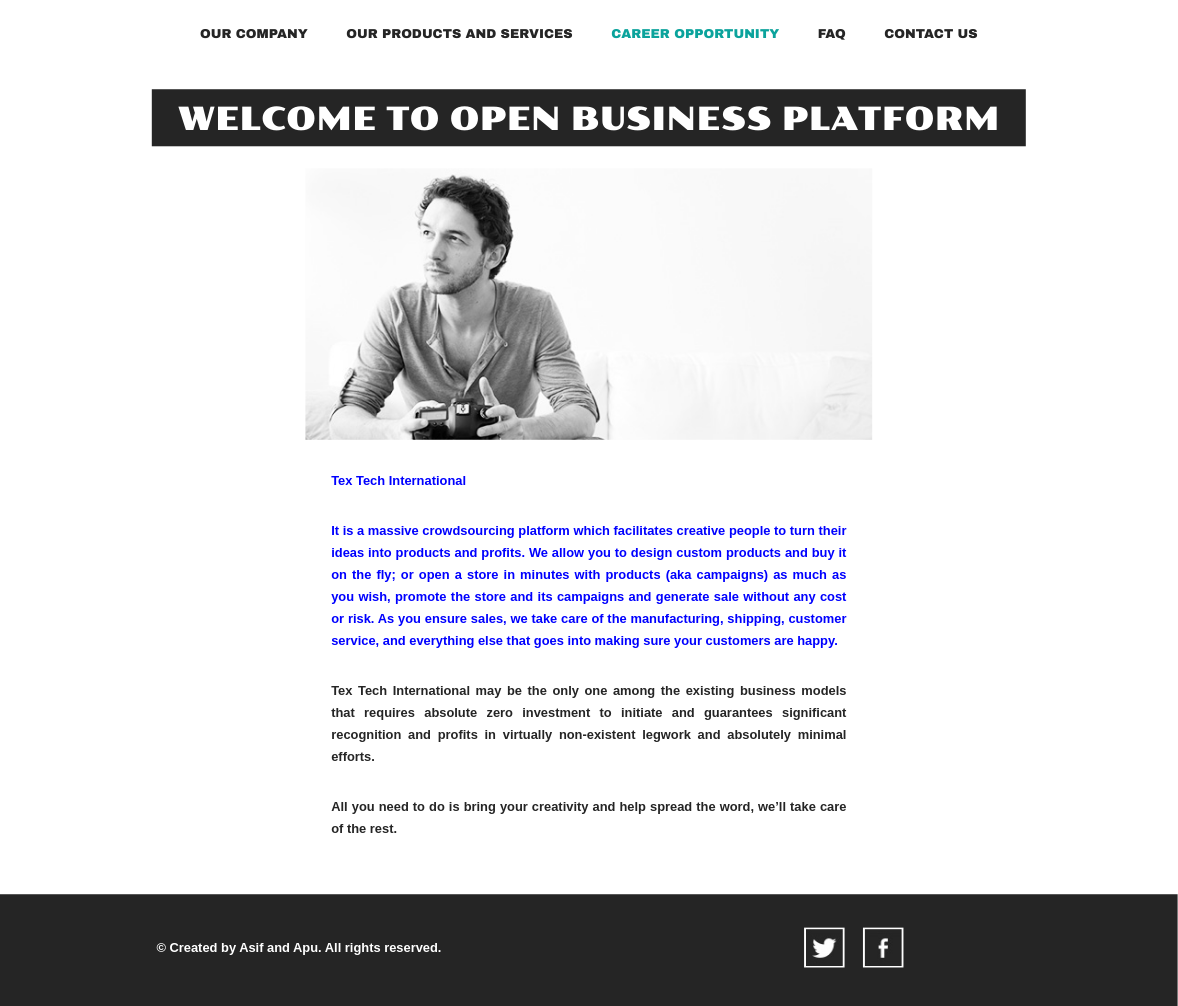
Repository: asifdotpy/textechint
Page: about.html
These files come from the project's save history. The page is drawn as it stood at one moment and after the next save; the edit follows.
The browser window is 1280 px wide. The pictures show the whole page, at 92% of full size.

Above is the page before, as saved 2021-02-24 00:52:50.

After the next save:
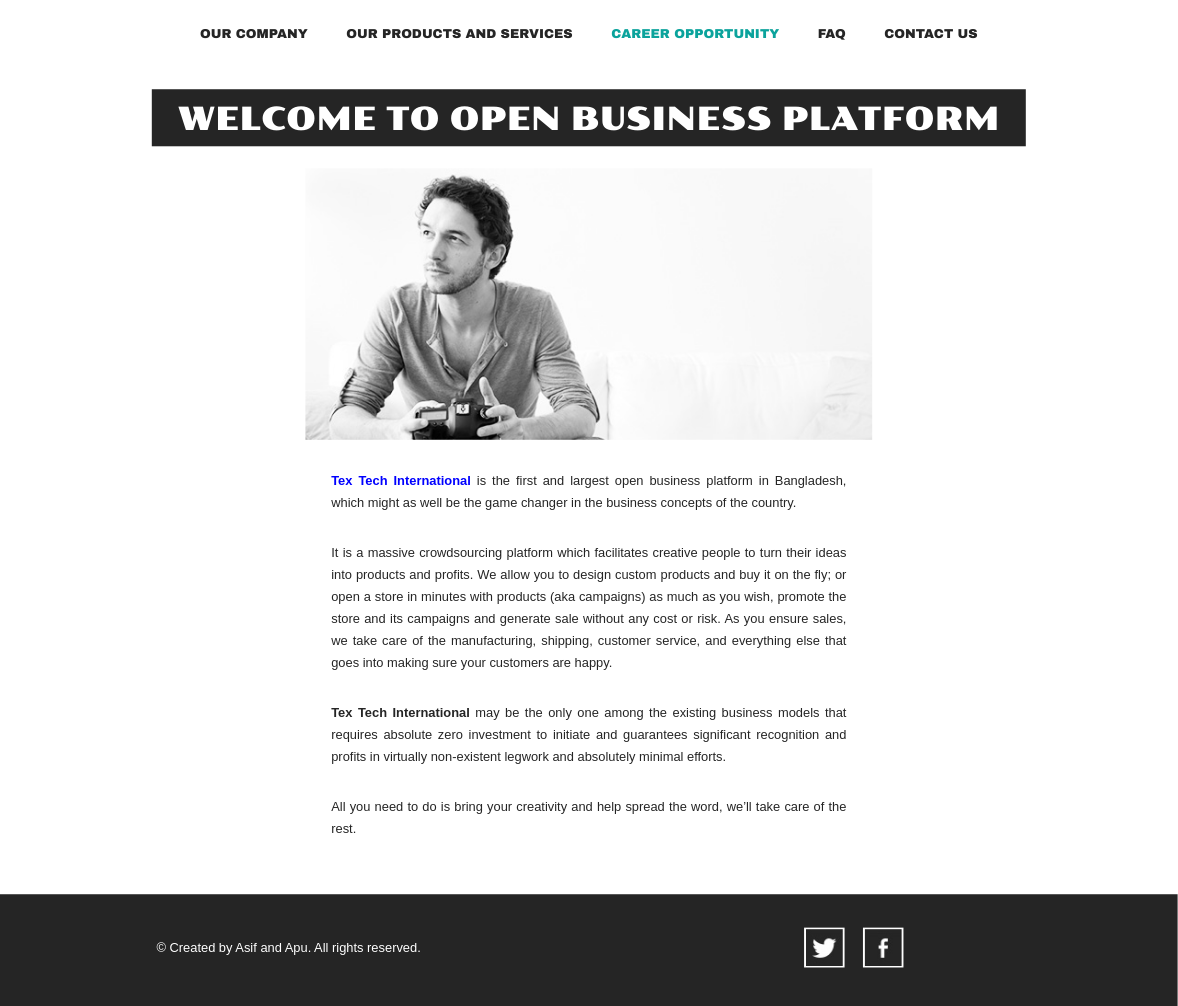
Saved 5 s later.
--- a/about.html
+++ b/about.html
@@ -35,7 +35,7 @@
 			<img src="images/photographer.jpg" alt="">
 			<div class="article">
 				<!--<h3>Tex Tech International is the first and largest open business platform in Bangladesh</h3>-->
-				<p><strong style="color: blue;">Tex Tech International</st is the first and largest open business platform in Bangladesh, which might as well be the game changer in the business concepts of the country. </p>
+				<p><strong style="color: blue;">Tex Tech International</strong> is the first and largest open business platform in Bangladesh, which might as well be the game changer in the business concepts of the country. </p>
 				<!--<h3>Our goal </h3>-->
 				<p>It is a massive crowdsourcing platform which facilitates creative people to turn their ideas into products and profits. We allow you to design custom products and buy it on the fly; or open a store in minutes with products (aka campaigns) as much as you wish, promote the store and its campaigns and generate sale without any cost or risk. As you ensure sales, we take care of the manufacturing, shipping, customer service, and everything else that goes into making sure your customers are happy.</p>
 				<!--<h3>Be Part of Our Community</h3>-->
